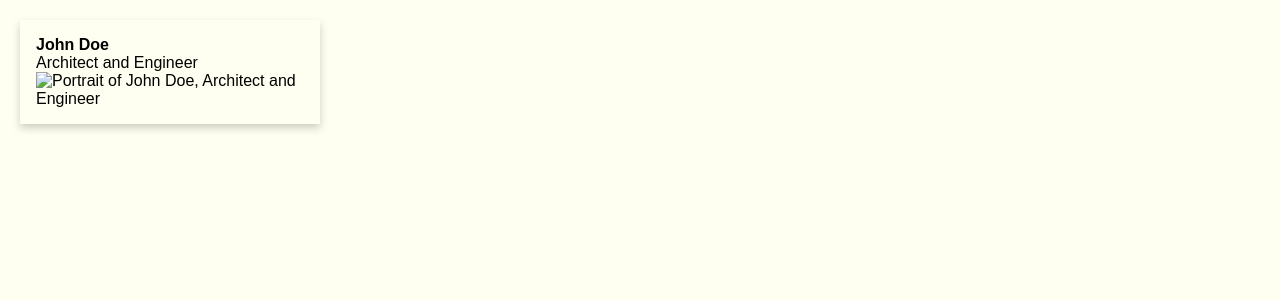
Repository: Muskan1Kumari4draw/React-app-with-concept
Page: /
These files come from the project's save history. The page is drawn as it stood at one moment and after the next save; the edit follows.
The browser window is 1280 px wide. The pictures show the whole page.
The project was rebuilt for these pictures with package versions that can differ from the ones it lists, and the page was loaded fresh each time.

Above is the page before, as saved 2024-09-29 14:41:46.

### src/App.js
import React from 'react';
import Restaurant from  "./component/Basic/Restaurant";
const App = () => {
  return <Restaurant/> ;
};

export default App

### src/component/Basic/Restaurant.js
import React from 'react';
import "./style.css";

const Restaurant = () => {
  return (
    <>
      <div className="card">
        <div className="container">
          <span className="card-title"><b>John Doe</b></span>
          <p className="description">Architect and Engineer</p>
          <img  alt="Portrait of John Doe, Architect and Engineer" />
        </div>
      </div>
    </>
  );
};

export default Restaurant;

### src/component/Basic/style.css
* {
  margin: 0;
  padding: 0;
  box-sizing: border-box;
}

body {
  background: rgb(255, 255, 241);
  font-family: Arial, sans-serif;
}

/* Navbar Styling */
.navbar {
  margin: auto;
  background: #fff;
  height: 50px;
  box-shadow: 0 4px 8px 0 rgba(0, 0, 0, 0.2);
  display: flex;
  justify-content: center;
  align-items: center;
}

.menu-nav {
  display: flex;
  justify-content: center;
}

.navbar a {
  color: #333;
  text-align: center;
  padding: 14px 16px;
  text-decoration: none;
  font-size: 17px;
  margin: auto;
}

/* Card Styling */
.card {
  box-shadow: 0 4px 8px 0 rgba(0, 0, 0, 0.2);
  transition: 0.3s;
  width: 300px;
  height: auto;
  margin: 20px;
}

.card:hover {
  box-shadow: 0 8px 16px 0 rgba(0, 0, 0, 0.2);
}

.container {
  padding: 16px;
}

.container img {
  width: 100%;
  height: auto;
  display: block;
}

.section-div {
  display: flex;
  flex-wrap: wrap;
  justify-content: center;
  align-items: center;
}

/* Responsive Media Queries */
@media screen and (max-width: 768px) {
  /* Stack the navbar links vertically on small screens */
  .navbar {
    flex-direction: column;
    height: auto;
  }

  .menu-nav {
    flex-direction: column;
  }

  .navbar a {
    padding: 10px;
    font-size: 15px;
    margin: 5px 0;
  }

  /* Adjust card layout on small screens */
  .card {
    width: 90%;
    margin: 10px;
  }

  /* Adjust font size and padding */
  .container {
    padding: 10px;
  }
}

@media screen and (max-width: 480px) {
  /* Further adjustments for very small screens */
  .navbar a {
    font-size: 14px;
    padding: 8px;
  }

  .card {
    width: 100%;
    margin: 10px;
  }

  .container h4 {
    font-size: 18px;
  }

  .container p {
    font-size: 14px;
  }
}  * {
      margin: 0;
      padding: 0;
      box-sizing: border-box;
    }

    body {
      background: rgb(255, 255, 241);
      font-family: Arial, sans-serif;
    }

    /* Navbar Styling */
    .navbar {
      margin: auto;
      background: #fff;
      height: 50px;
      box-shadow: 0 4px 8px 0 rgba(0, 0, 0, 0.2);
      display: flex;
      justify-content: center;
      align-items: center;
    }

    .menu-nav {
      display: flex;
      justify-content: center;
    }

    .navbar a {
      color: #333;
      text-align: center;
      padding: 14px 16px;
      text-decoration: none;
      font-size: 17px;
      margin: auto;
    }

    /* Card Styling */
    .card {
      box-shadow: 0 4px 8px 0 rgba(0, 0, 0, 0.2);
      transition: 0.3s;
      width: 300px;
      height: auto;
      margin: 20px;
    }

    .card:hover {
      box-shadow: 0 8px 16px 0 rgba(0, 0, 0, 0.2);
    }

    .container {
      padding: 16px;
    }

    .container img {
      width: 100%;
      height: auto;
      display: block;
    }

    .section-div {
      display: flex;
      flex-wrap: wrap;
      justify-content: center;
      align-items: center;
    }

    /* Responsive Media Queries */
    @media screen and (max-width: 768px) {
      /* Stack the navbar links vertically on small screens */
      .navbar {
        flex-direction: column;
        height: auto;
      }

      .menu-nav {
        flex-direction: column;
      }

      .navbar a {
        padding: 10px;
        font-size: 15px;
        margin: 5px 0;
      }

      /* Adjust card layout on small screens */
      .card {
        width: 90%;
        margin: 10px;
      }

      /* Adjust font size and padding */
      .container {
        padding: 10px;
      }
    }

    @media screen and (max-width: 480px) {
      /* Further adjustments for very small screens */
      .navbar a {
        font-size: 14px;
        padding: 8px;
      }

      .card {
        width: 100%;
        margin: 10px;
      }

      .container h4 {
        font-size: 18px;
      }

      .container p {
        font-size: 14px;
      }
    }

### src/component/Basic/restaurant.json
[
  {
    "placeName":"delhi",
    "Monument":"TAj Mahal",
    "id":1
  },
  {
    "placeName":"delhi",
    "Monument":"TAj Mahal",
    "id":1
  }
]

Loaded but not shown: public/index.html (common file); src/index.js (common file); src/reportWebVitals.js (common file)

After the next save:
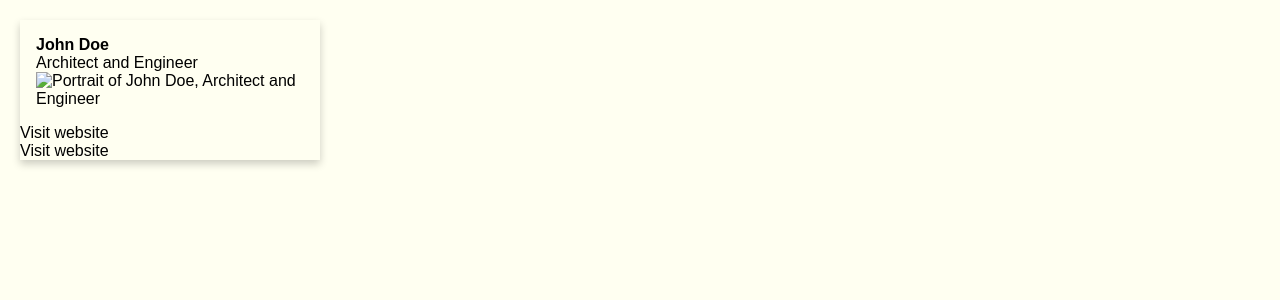
Saved 28 s later.
--- a/src/component/Basic/Restaurant.js
+++ b/src/component/Basic/Restaurant.js
@@ -1,6 +1,6 @@
 import React from 'react';
 import "./style.css";
-
+import data from './restaurant.json'
 const Restaurant = () => {
   return (
     <>
@@ -10,6 +10,32 @@
           <p className="description">Architect and Engineer</p>
           <img  alt="Portrait of John Doe, Architect and Engineer" />
         </div>
+        {
+          data.map((item, index) => (
+            <div key={index} className="restaurant-item">
+              <h2>{item.name}</h2>
+              <p>{item.description}</p>
+              <a href={item.url} target="_blank" rel="noopener noreferrer">Visit website</a>
+            </div>
+          ))
+
+          // Add your own data mapping here
+
+          // Example:
+          // <div key={index} className="restaurant-item">
+          //   <h2>{item.name}</h2>
+          //   <p>{item.description}</p>
+          //   <a href={item.url} target="_blank" rel="noopener noreferrer">Visit website</a>
+          // </div>
+
+          // End of example data mapping
+
+          // Add more restaurant items as needed
+
+          // Example:
+          // <div key={index} className="restaurant-item">
+          //   <h2
+        }
       </div>
     </>
   );
